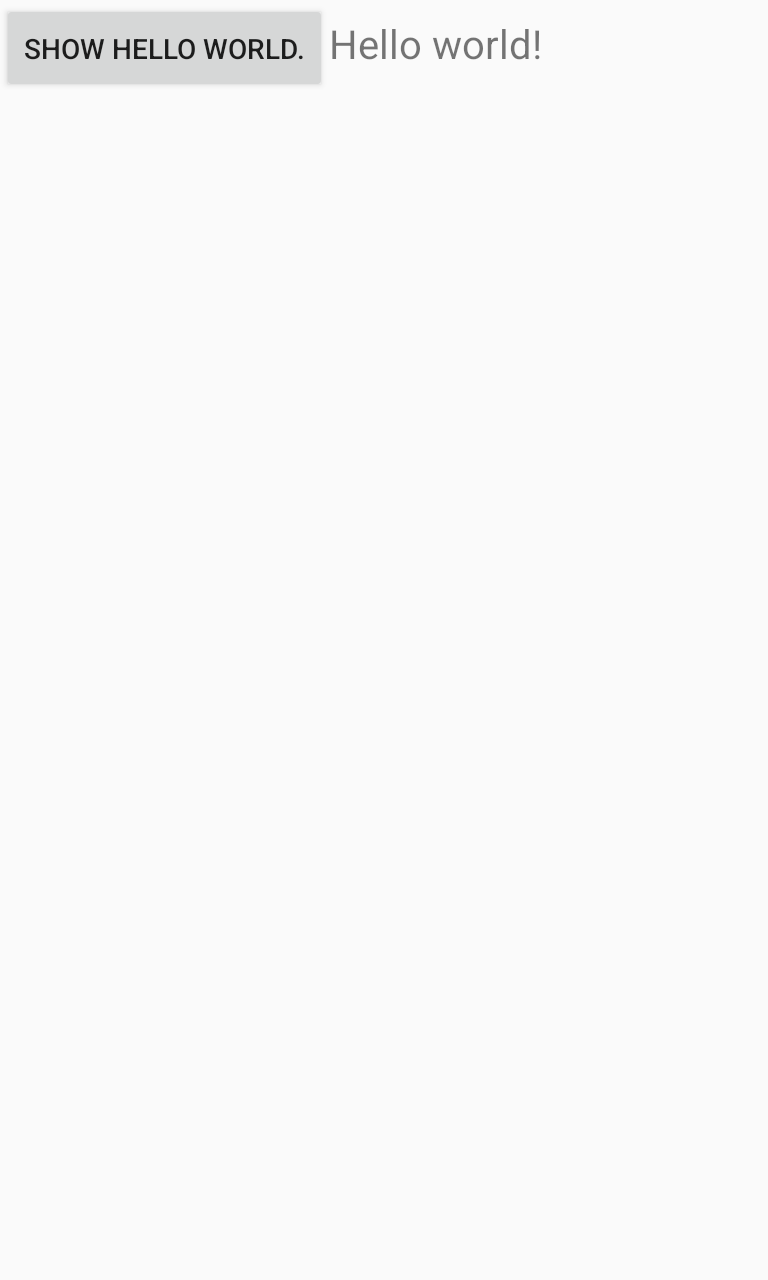
Repository: JoanneCaroll/EventHandling
Layout: EventHandling/res/layout/activity_main.xml
An editor plug-in stored every save of this project. The layout is shown before and after the next save, followed by the edit.
It is drawn on a 768 x 1280 px phone screen (xhdpi) without system bars, with theme AppTheme; the app's code is not run.

Above is the layout before, as saved 2014-10-28 06:24:56.

After the next save:
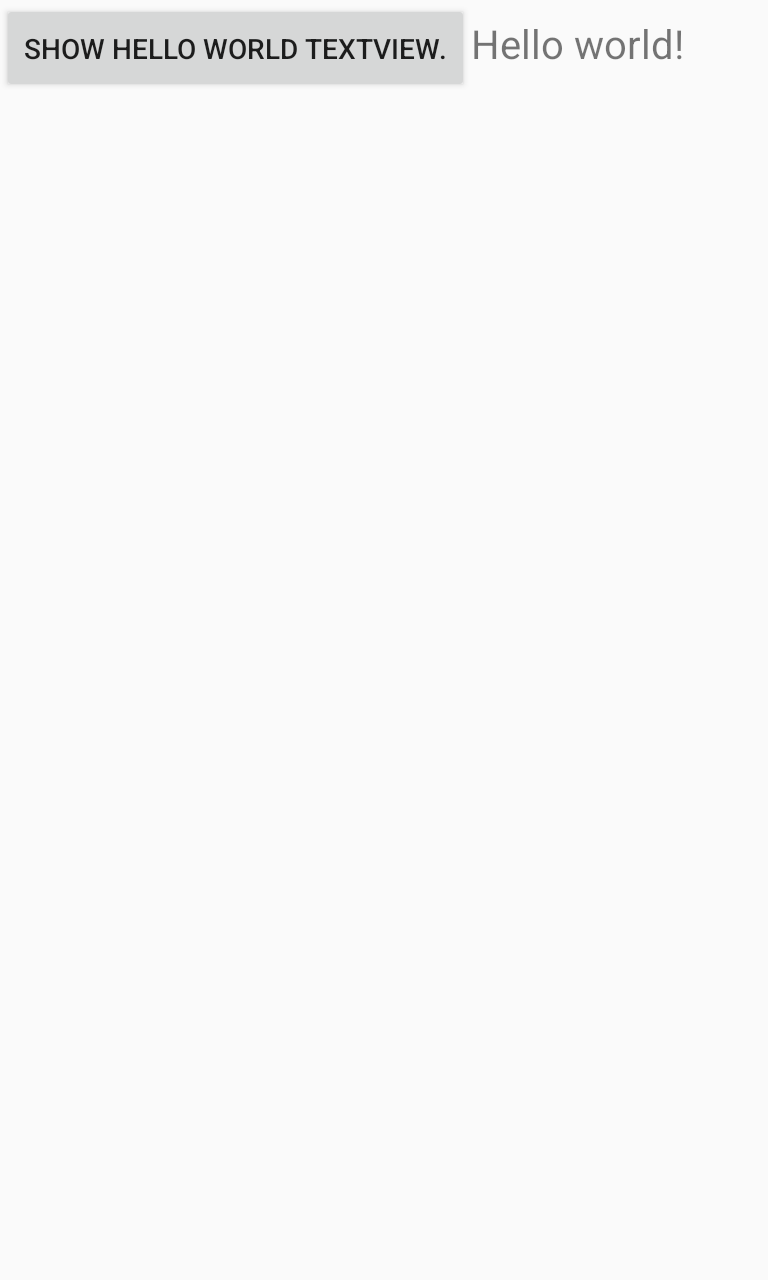
Saved 39 s later.
--- a/EventHandling/res/values/strings.xml
+++ b/EventHandling/res/values/strings.xml
@@ -3,6 +3,6 @@
 
     <string name="app_name">EventHandling</string>
     <string name="hello_world">Hello world!</string>
-    <string name="show">Show Hello World.</string>
-
+    <string name="show">Show Hello World TextView.</string>
+	<string name="showToast">Show Hello World Toast</string>
 </resources>
